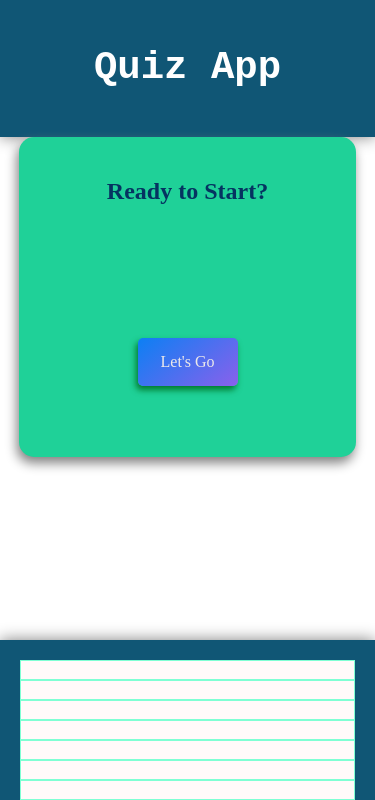
Repository: tpic12/quiz_app
Page: index.html
The author's editor kept a copy of each file at every save. The page is drawn from the files as they stood at one save, then again after the next save.
The browser window is 375 px wide. The pictures show the whole page.

Above is the page before, as saved 2019-12-28 15:33:29.

After the next save:
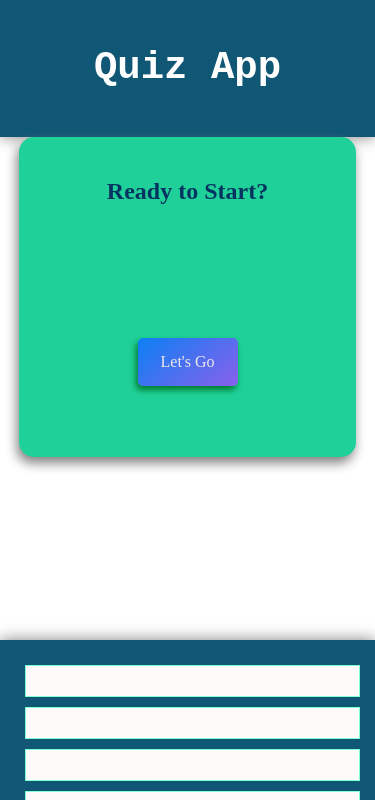
Saved 10 s later.
--- a/app.css
+++ b/app.css
@@ -179,7 +179,7 @@ h1 {
 
   .count {
     width: 100%;
-    padding: 5px;
+    margin: 5px;
     height: 20px;
     border: 1px solid aquamarine;
     border-radius: 0;
